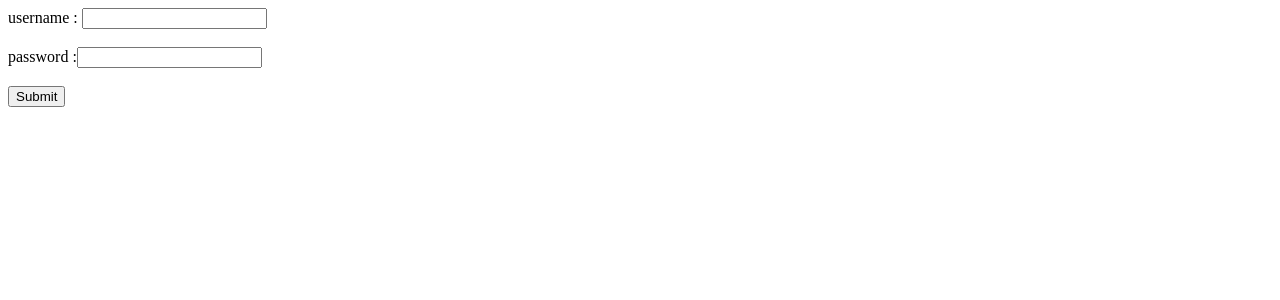
Repository: yash112021/Cdac_lab_Work
Page: 250845920104_Advance_java/Day4_22_11_25/ProductCrudOperations/src/main/webapp/index.html
An editor plug-in stored every save of this project. The page is shown before and after the next save, followed by the edit.
The browser window is 1280 px wide. The pictures show the whole page.

Above is the page before, as saved 2025-11-24 12:54:33.

After the next save:
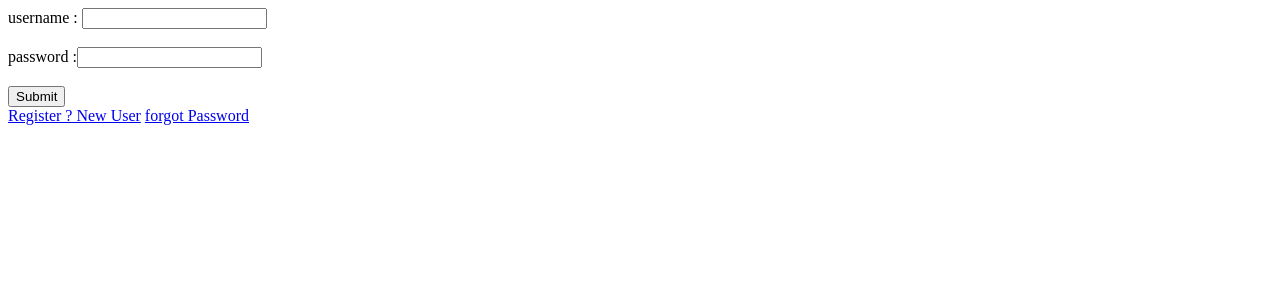
Saved 113 s later.
--- a/250845920104_Advance_java/Day4_22_11_25/ProductCrudOperations/src/main/webapp/index.html
+++ b/250845920104_Advance_java/Day4_22_11_25/ProductCrudOperations/src/main/webapp/index.html
@@ -11,5 +11,8 @@
 		<button name="login" id="login">Submit</button>
 
 	</form>
+	<!-- now creating two anchor link -->
+	<a href="rgst.html">Register ? New User</a>
+	<a href="forgot.hmtl">forgot Password </a>
 </body>
 </html>
